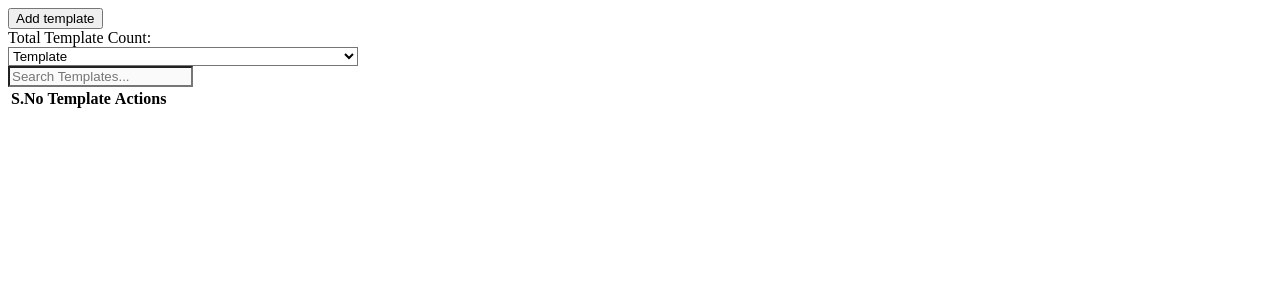
Repository: Pavira/Nithya-Clinic
Page: frontend/pages/drug_category/view_drug_category.html
The author's editor kept a copy of each file at every save. The page is drawn from the files as they stood at one save, then again after the next save.
The browser window is 1280 px wide. The pictures show the whole page.

Above is the page before, as saved 2025-08-30 10:37:56.

### frontend/pages/drug_category/view_drug_category.html
<!-- drug_category/view_drug_category.html -->
<!-- Header -->
<div id="page-header-data"
     data-title="Instruction Template"
     data-icon="file-earmark-medical"
     data-subtitle="View Instruction Templates">
</div>

<!-- Add Patient Button -->
<div class="d-flex justify-content-end align-items-center gap-2 mb-3 flex-wrap">
  <button class="btn btn-primary nav-link-load" data-page="drug_category/add_drug_category">
    <i class="bi bi-plus-circle me-1"></i> Add template
  </button>
</div>

<!-- table Card -->
<div class="table-card">

  <!-- Drug Category Count -->
<div class="mb-3">
  <i class="bi bi-people-fill me-1"></i><span class="fw-bold">Total Template Count: </span><span id="drug-category-count"></span>
</div>

<!-- Search Controls -->
<div class="d-flex align-items-center gap-2 mb-3 flex-nowrap">
  <!-- Dropdown -->
  <select class="form-select" id="search_type" style="width: 350px; background-color:white;">
    <!-- <option value="" selected disabled>Select Search Type</option> -->
    <option value="drug_name" selected >Template</option>
    <!-- <option value="drug_category">Drug Category</option> -->
  </select>

  <!-- Search Input with Icon -->
  <div class="input-group" style="width: 400px;">
    <span class="input-group-text bg-light border-end-0">
      <i class="bi bi-search"></i>
    </span>
    <input type="text" id="search_value" class="form-control border-start-0" placeholder="Search Templates..." style="background-color: #fafafa;" />
  </div>
</div>

<!-- Table -->
<table class="table table-hover table-bordered align-middle mb-0" id="viewDrugCategoryTable">
  <thead class="table-light">
    <tr>
      <th>S.No</th>
      <th>Template</th>
      <th>Actions</th>
    </tr>
  </thead>
  <tbody id="drug-category-table-body">
    <!-- drug-category rows will be injected here -->
  </tbody>
</table>

<!-- Pagination -->
<nav aria-label="Drug Category pagination" class="mt-4">
  <ul class="pagination justify-content-center" id="pagination-container">
    <!-- Pagination buttons will be dynamically inserted here -->
  </ul>
</nav>

</div>

After the next save:
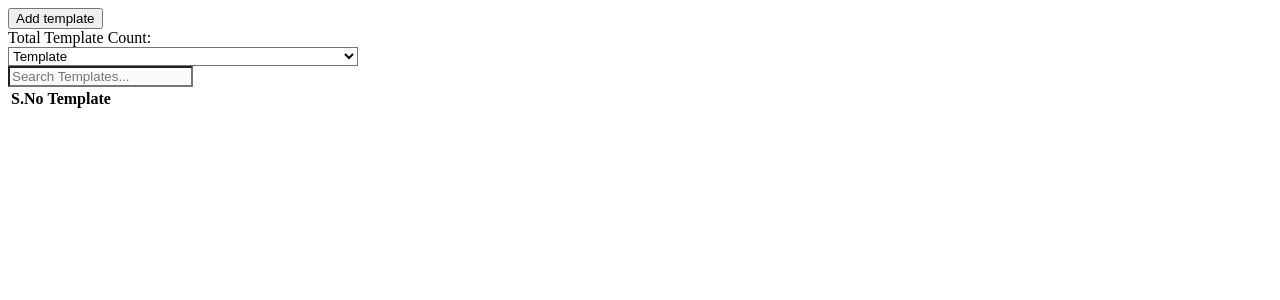
Saved 18 s later.
--- a/frontend/pages/drug_category/view_drug_category.html
+++ b/frontend/pages/drug_category/view_drug_category.html
@@ -45,7 +45,7 @@
     <tr>
       <th>S.No</th>
       <th>Template</th>
-      <th>Actions</th>
+      <!-- <th>Actions</th> -->
     </tr>
   </thead>
   <tbody id="drug-category-table-body">

After the save that followed:
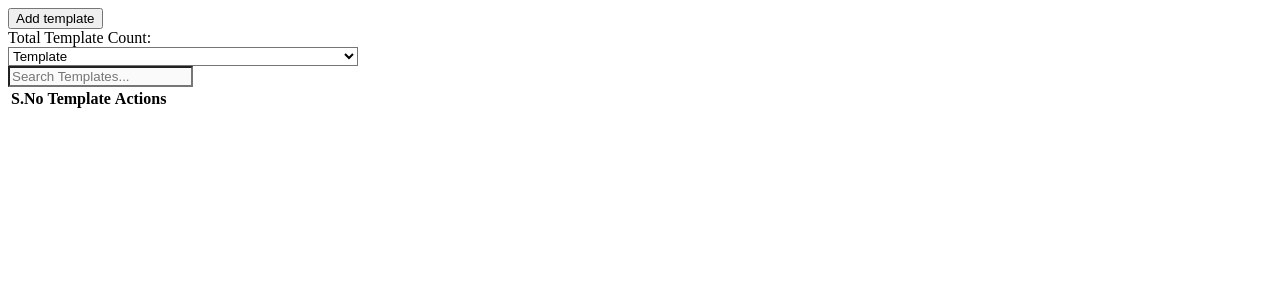
Saved 23 s later.
--- a/frontend/pages/drug_category/view_drug_category.html
+++ b/frontend/pages/drug_category/view_drug_category.html
@@ -45,7 +45,7 @@
     <tr>
       <th>S.No</th>
       <th>Template</th>
-      <!-- <th>Actions</th> -->
+      <th>Actions</th>
     </tr>
   </thead>
   <tbody id="drug-category-table-body">
